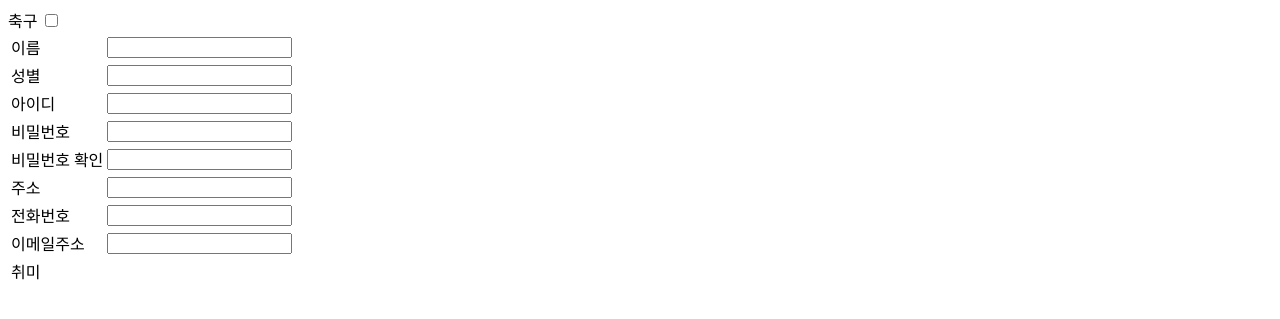
Repository: Gabintree/JDBC2019
Page: http://localhost/Jsp20190510_start/Jsp0516_chap6.jsp
These files come from the project's save history. The page is drawn as it stood at one moment and after the next save; the edit follows.
The browser window is 1280 px wide. The pictures show the whole page.
The page is served by Tomcat 9.

Above is the page before, as saved 2019-05-16 06:08:18.

After the next save:
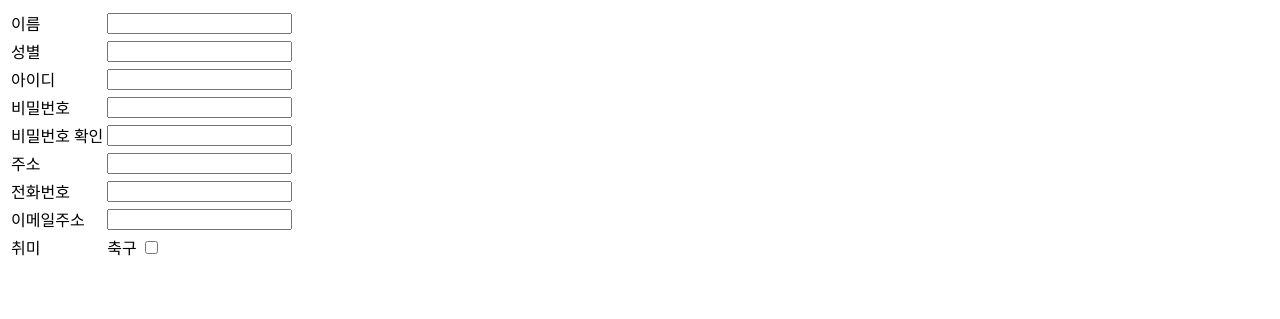
Saved 17 s later.
--- a/Jsp20190510_start/WebContent/Jsp0516_chap6.jsp
+++ b/Jsp20190510_start/WebContent/Jsp0516_chap6.jsp
@@ -43,7 +43,7 @@
 		</tr>
 		<tr>
 			<td>취미</td>
-			축구 <input type="checkbox" name="hobby" value="축구">
+			<tD>축구 <input type="checkbox" name="hobby" value="축구">
 		</tr>
 
 
